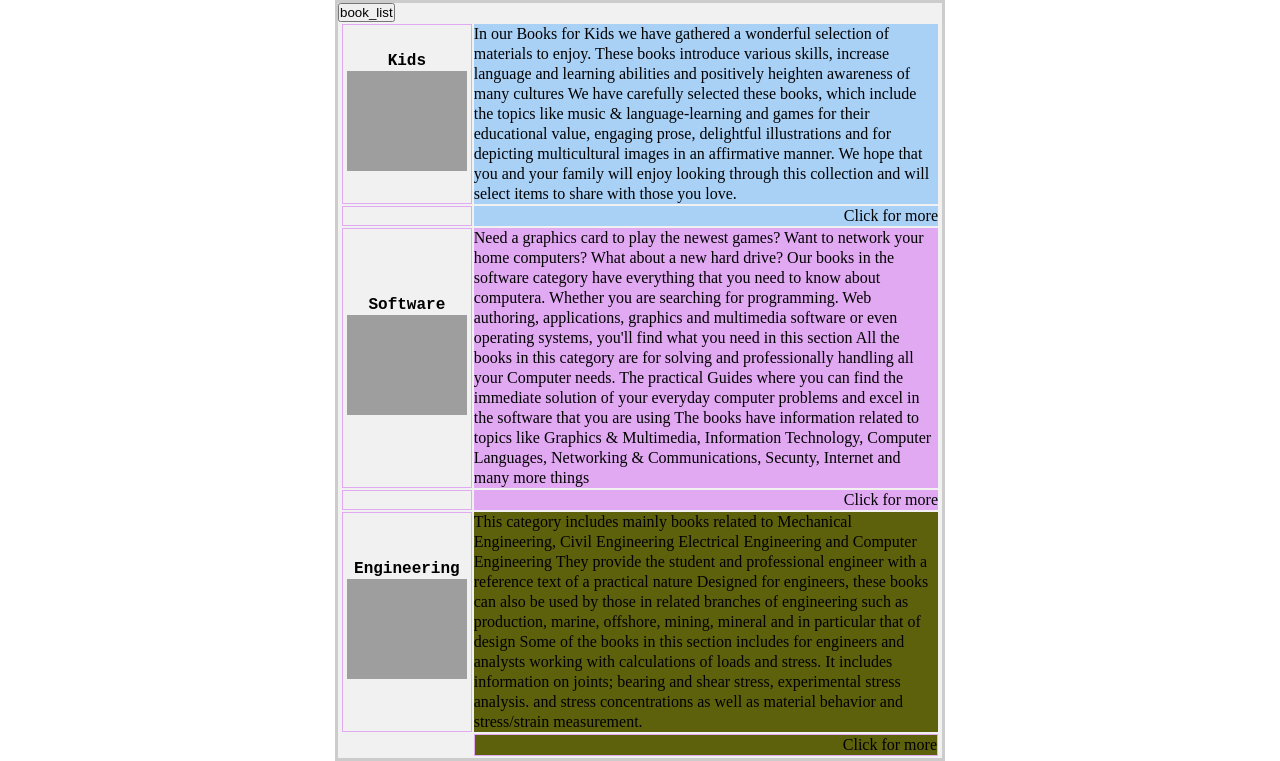
Repository: Helianthusss/Learn-CPP
Page: HTML/lap2/bai4/bai42.html
These files come from the project's save history. The page is drawn as it stood at one moment and after the next save; the edit follows.
The browser window is 1280 px wide. The pictures show the whole page.
Pictures or frames that could not be fetched are drawn as grey boxes.

Above is the page before, as saved 2021-10-10 08:17:23.

### HTML/lap2/bai4/bai42.html
<!DOCTYPE html>
<html lang="en">
  <head>
    <meta charset="UTF-8" />
    <meta http-equiv="X-UA-Compatible" content="IE=edge" />
    <meta name="viewport" content="width=device-width, initial-scale=1.0" />
    <title>Document</title>
    <link rel="stylesheet" href="bai4.css" />
  </head>
  <body>
    <div class="tab">
      <table>
        <tr id="tb1">
          <td class="tb12">
            <b> Kids</b>
            <img
              src="https://image.freepik.com/free-vector/children-day-draw-icon-collection_23-2147527765.jpg"
              width="120px"
              height="100px"
            />
          </td>
          <td class="tb11">
            In our Books for Kids we have gathered a wonderful selection of
            materials to enjoy. These books introduce various skills, increase
            language and learning abilities and positively heighten awareness of
            many cultures We have carefully selected these books, which include
            the topics like music & language-learning and games for their
            educational value, engaging prose, delightful illustrations and for
            depicting multicultural images in an affirmative manner. We hope
            that you and your family will enjoy looking through this collection
            and will select items to share with those you love.
          </td>
        </tr>
        <tr id="tb2">
          <td class="tb22"></td>
          <td class="tb21">Click for more</td>
        </tr>
        <tr id="tb3">
          <td class="tb31">
            <b> Software</b>
            <img
              src="https://khoaluantotnghiep.com/wp-content/uploads/2019/10/hinh-anh-quan-ly-nha-truong-2.jpg"
              width="120px"
              height="100px"
            />
          </td>
          <td class="tb32">
            Need a graphics card to play the newest games? Want to network your
            home computers? What about a new hard drive? Our books in the
            software category have everything that you need to know about
            computera. Whether you are searching for programming. Web authoring,
            applications, graphics and multimedia software or even operating
            systems, you'll find what you need in this section All the books in
            this category are for solving and professionally handling all your
            Computer needs. The practical Guides where you can find the
            immediate solution of your everyday computer problems and excel in
            the software that you are using The books have information related
            to topics like Graphics & Multimedia, Information Technology,
            Computer Languages, Networking & Communications, Secunty, Internet
            and many more things
          </td>
        </tr>
        <tr id="tb4">
          <td class="tb42"></td>
          <td class="tb41">Click for more</td>
        </tr>
        <tr id="tb5">
          <td class="tb51">
            <b> Engineering</b>
            <img
              src="https://www.du-hoc.net/wp-content/uploads/2018/06/vietnamese-engineer.jpg"
              width="120px"
              height="100px"
            />
          </td>
          <td class="tb52">
            This category includes mainly books related to Mechanical
            Engineering, Civil Engineering Electrical Engineering and Computer
            Engineering They provide the student and professional engineer with
            a reference text of a practical nature Designed for engineers, these
            books can also be used by those in related branches of engineering
            such as production, marine, offshore, mining, mineral and in
            particular that of design Some of the books in this section includes
            for engineers and analysts working with calculations of loads and
            stress. It includes information on joints; bearing and shear stress,
            experimental stress analysis. and stress concentrations as well as
            material behavior and stress/strain measurement.
          </td>
        </tr>
        <tr id="tb6">
          <td class="tb62"></td>
          <td class="tb61">Click for more</td>
        </tr>
        <button
          class="tablinks"
          onclick="openCity(event, 'book_list')"
          id="defaultOpen"
        >
          book_list
        </button>
      </table>
    </div>
  </body>
</html>

### HTML/lap2/bai4/bai4.css
* {
  padding: 0px;
  margin: 0px;
  box-sizing: border-box;
}
/* body{
    border:3px solid #00ff00;
          width:860px;
          height:820px;
          overflow-x:initial;
          overflow-y:initial;
} */
table {
  margin-left: auto;
  margin-right: auto;
  width: 600px;
  line-height: 20px;
  /* overflow-y: auto; */
}
.tab {
  overflow: hidden;
  border: 3px solid #ccc;
  background-color: #f1f1f1;
  margin-left: auto;
  margin-right: auto;
  width: 610px;
  /* overflow-x:initial;
          overflow-y:initial; */
}
/* .tab button {
    background-color: inherit;
    float: left;
    border: none;
    outline: none;
    cursor: pointer;
    padding: 14px 16px;
    transition: 0.3s;
    font-size: 17px;
  } */
#tb1 .tb11 {
  text-align: left;
  background-color: #a9d0f5;
}
#tb1 .tb12 {
  font-family: "Courier New", Courier, monospace;
  text-align: center;
  /* border-color: #E2A9F3;
    border: 1px; */
  border: 1px solid #e2a9f3;
}
#tb2 .tb21 {
  background-color: #a9d0f5;
  text-align: right;
}
#tb2 .tb22 {
  border: 1px solid #e2a9f3;
}
#tb3 .tb31 {
  text-align: center;
  font-family: "Courier New", Courier, monospace;
  border: 1px solid #e2a9f3;
}
#tb3 .tb32 {
  background-color: #e2a9f3;
}
#tb4 .tb41 {
  background-color: #e2a9f3;
  text-align: right;
}
#tb4 .tb42 {
  border: 1px solid #e2a9f3;
}
#tb5 .tb51 {
  font-family: "Courier New", Courier, monospace;
  text-align: center;
  border: 1px solid #e2a9f3;
}
#tb5 .tb52 {
  background-color: #5e610b;
}
#tb6 .tb61 {
  background-color: #5e610b;
  text-align: right;
}
#tb6 .tb61 {
  border: 1px solid #e2a9f3;
}

After the next save:
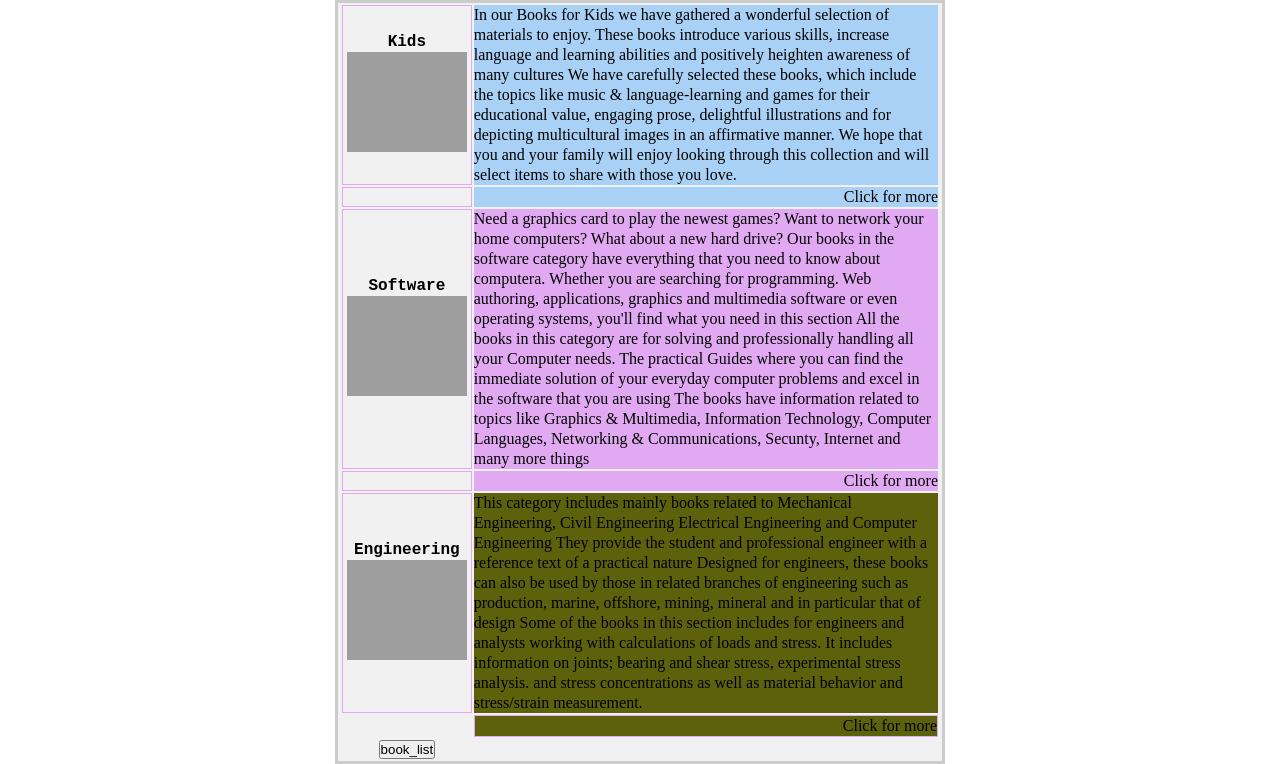
Saved 18 s later.
--- a/HTML/lap2/bai4/bai42.html
+++ b/HTML/lap2/bai4/bai42.html
@@ -91,13 +91,9 @@
           <td class="tb62"></td>
           <td class="tb61">Click for more</td>
         </tr>
-        <button
-          class="tablinks"
-          onclick="openCity(event, 'book_list')"
-          id="defaultOpen"
-        >
-          book_list
-        </button>
+        <th>
+          <input type="submit" value="book_list" style="text-align: left" />
+        </th>
       </table>
     </div>
   </body>
